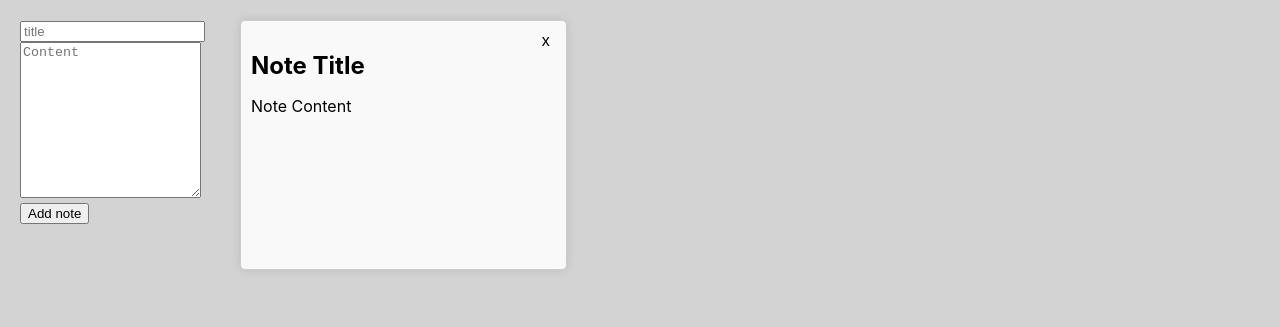
Repository: karolina-rachuta/Notes_React_Node_Js
Page: /
These files come from the project's save history. The page is drawn as it stood at one moment and after the next save; the edit follows.
The browser window is 1280 px wide. The pictures show the whole page.
The project was rebuilt for these pictures with package versions that can differ from the ones it lists, and the page was loaded fresh each time.

Above is the page before, as saved 2024-08-10 21:50:12.

### src/App.tsx
import './App.css';

function App() {
  return (
    <div className="app-container">
      <form action="note-form">
        <input
          placeholder="title"
          required/>
        <textarea
          placeholder="Content"
          rows={10}
          required></textarea>
        <button type="submit">Add note</button>
      </form>
      <div className="notes-grid">
        <div className="notes-item">
          <div className="notes-header">
            <button>x</button>
          </div>
          <h2>Note Title</h2>
          <p>Note Content</p>
        </div>
      </div>
    </div>
  );
}

export default App;

### src/App.css
body {
  margin: 20px;
  background-color: lightgray;
}

.app-container {
  grid-template-columns: 1fr;
}

@media (min-width: 600px) {
  .app-container {
    display: grid;
    grid-template-columns: 200px 1fr;
    gap: 20px;
  }
}

.notes-grid {
  display: grid;
  grid-template-columns: repeat(auto-fill, minmax(250px, 1fr));
  grid-auto-rows: minmax(250px, auto);
  gap: 20px;
}

.notes-item {
  display: flex;
  flex-direction: column;
  border: 1px solid #ccc;
  padding: 10px;
  border-radius: 5px;
  background-color: #f9f9f9;
  box-shadow: 0px 0px 10px rgba(0, 0, 0, 0.1);
  cursor: pointer;
}

.notes-header {
  display: flex;
  justify-content: flex-end;
}

.notes-header button {
  font-size: 16px;
  background: transparent;
  border: none;
  cursor: pointer;
  max-width: fit-content;
}

h2 {
  margin: 0;
}

.note-form {
  display: flex;
  flex-direction: column;
  gap: 50px;
}

/* textarea,
input {
  border-radius: 5px;
  border: 1px solid black;
  padding: 10px;
  font-size: 16px;
} */

/* .note-form button {
  border-radius: 5px;
  background-color: rgb(64, 154, 184);
  border: none;
  padding: 10px;
  font-size: 16px;
  color: #fff;
} */

/* .note-form button:hover {
  background-color: rgb(106, 175, 198);
  cursor: pointer;
} */

Loaded but not shown: public/index.html (common file); src/index.tsx (common file); src/index.css (common file); src/reportWebVitals.ts (common file)

After the next save:
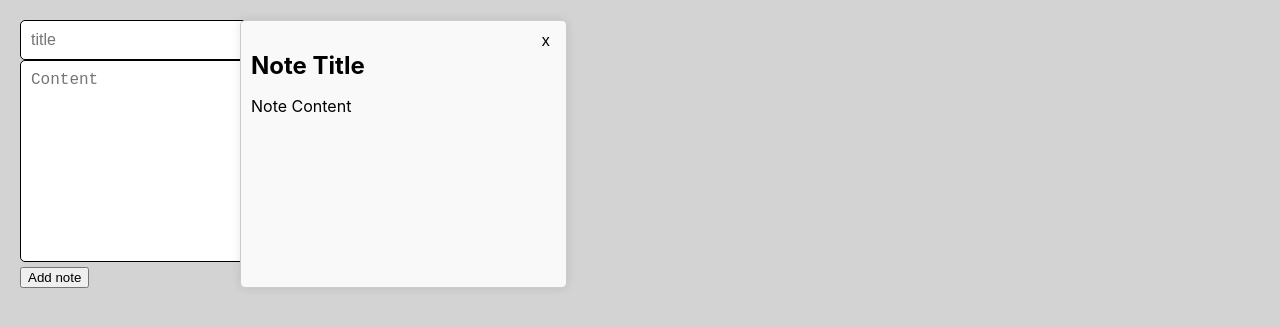
Saved 28 s later.
--- a/src/App.css
+++ b/src/App.css
@@ -56,7 +56,7 @@ h2 {
   gap: 50px;
 }
 
-/* textarea,
+textarea,
 input {
   border-radius: 5px;
   border: 1px solid black;
@@ -76,4 +76,4 @@ input {
 /* .note-form button:hover {
   background-color: rgb(106, 175, 198);
   cursor: pointer;
-} */
+}
